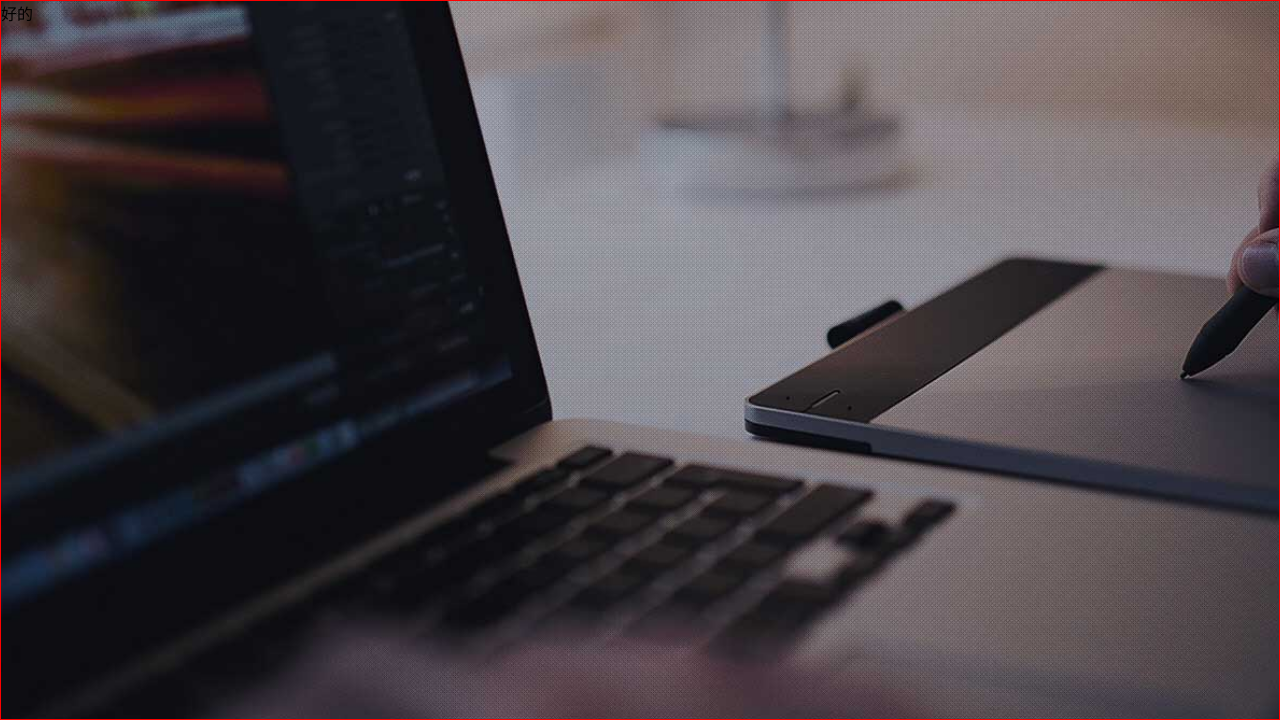
Repository: Burgess-zyl/project
Page: index.html
The author's editor kept a copy of each file at every save. The page is drawn from the files as they stood at one save, then again after the next save.
The browser window is 1280 px wide. The pictures show the whole page.

Above is the page before, as saved 2018-08-13 16:47:45.

### index.html
<!DOCTYPE html>
<html lang="en">
<head>
    <meta charset="UTF-8">
    <meta name="viewport" content="width=device-width, initial-scale=1.0">
    <meta http-equiv="X-UA-Compatible" content="ie=edge">
    <title>视差滚动</title>
    <style>
        * {
            padding: 0px;
            margin: 0px;
            box-sizing: border-box;
        }
        .t-c {
            position: absolute;
            top: 0;
            right: 0;
            bottom: 0;
            left: 0;
            margin: auto;
            border: 1px solid red;
        }
        .b-img {
            height: 100vh;
            background-image: url('./img/banner1.jpg');
            background-size:cover;
            background-position: 50% 50%;
            background-attachment: fixed;
        }
    </style>
</head>
<body>
    <span class="t-c">好的</span>
    <section class="b-img"></section>
</body>
</html>

After the next save:
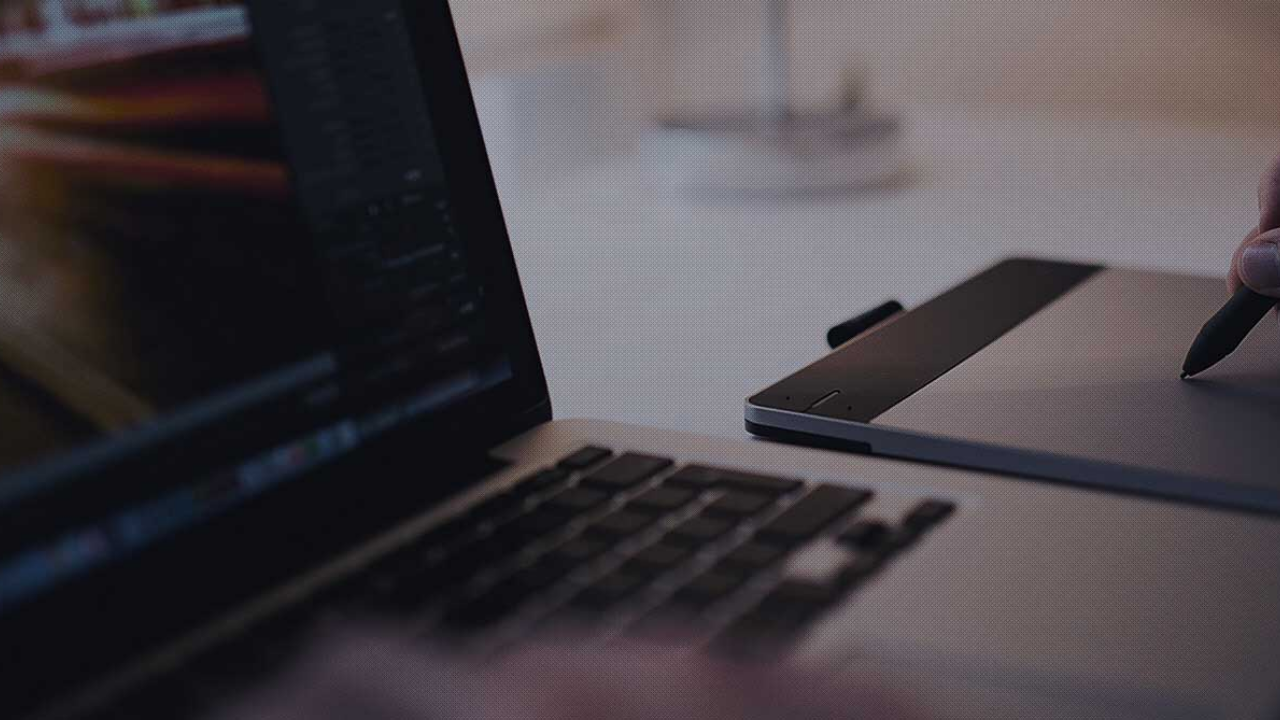
Saved 2 min 28 s later.
--- a/index.html
+++ b/index.html
@@ -30,7 +30,6 @@
     </style>
 </head>
 <body>
-    <span class="t-c">好的</span>
     <section class="b-img"></section>
 </body>
 </html>
